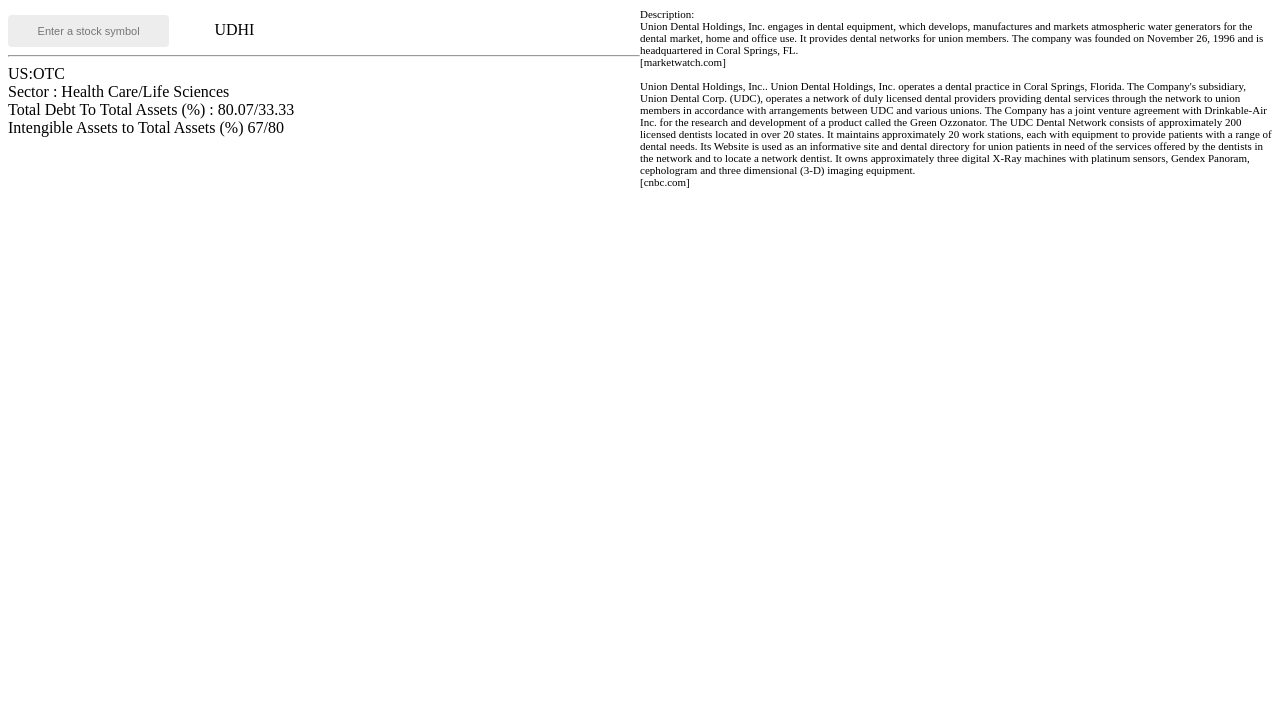
Repository: hadi4172/halal-stock-scanner
Page: popup.html
An editor plug-in stored every save of this project. The page is shown before and after the next save, followed by the edit.
The browser window is 1280 px wide. The pictures show the whole page.

Above is the page before, as saved 2020-09-24 18:23:27.

### popup.html
<!DOCTYPE html>
<html>

<head>
    <title>Halal Stock Scanner</title>
    <meta charset="UTF-8">
    <link rel="stylesheet" href="SimpleBar/simplebar.css" />
    <link rel="stylesheet" href="font-awesome/font-awesome.min.css">
    <link rel="stylesheet" type="text/css" href="popup.css">
    <script src="popup.js"></script>
    <script src="SimpleBar/simplebar.min.js"></script>
</head>

<body>
    <div id=left>
        <input id=input type=text maxlength=5 placeholder="Enter a stock symbol" />
        <i id=search-btn class="fa fa-search fa-lg"></i>
        <i id=settings-btn class="fa fa-cog fa-lg"></i>
        <span id=symbol>UDHI</span>
        <i id=icon-is-correct-or-no class="fa fa-times fa-2x"></i>
        <hr>
        <div id=market>US:OTC</div>
        <div id=sector>Sector : Health Care/Life Sciences</div>
        <div id=debt-to-assets>Total Debt To Total Assets (%) : 80.07/33.33</div>
        <div id=intengible-assets-to-total-assets>Intengible Assets to Total Assets (%) 67/80 </div>
    </div>

    <div id=right>
        <div id=description data-simplebar>
            Description: <br />
            Union Dental Holdings, Inc. engages in dental equipment, which develops, manufactures and markets atmospheric water generators for the dental market, home and office use. It provides dental networks for union members. The company was founded on November 26, 1996 and is headquartered in Coral Springs, FL.<br />
            [marketwatch.com]<br /><br />
            Union Dental Holdings, Inc.. Union Dental Holdings, Inc. operates a dental practice in Coral Springs, Florida. The Company's subsidiary, Union Dental Corp. (UDC), operates a network of duly licensed dental providers providing dental services through the network to union members in accordance with arrangements between UDC and various unions. The Company has a joint venture agreement with Drinkable-Air Inc. for the research and development of a product called the Green Ozzonator. The UDC Dental Network consists of approximately 200 licensed dentists located in over 20 states. It maintains approximately 20 work stations, each with equipment to provide patients with a range of dental needs. Its Website is used as an informative site and dental directory for union patients in need of the services offered by the dentists in the network and to locate a network dentist. It owns approximately three digital X-Ray machines with platinum sensors, Gendex Panoram, cephologram and three dimensional (3-D) imaging equipment.<br />
            [cnbc.com]
        </div>
    </div>
</body>

</html>

### SimpleBar/simplebar.css
[data-simplebar] {
  position: relative;
  flex-direction: column;
  flex-wrap: wrap;
  justify-content: flex-start;
  align-content: flex-start;
  align-items: flex-start;
}

.simplebar-wrapper {
  overflow: hidden;
  width: inherit;
  height: inherit;
  max-width: inherit;
  max-height: inherit;
}

.simplebar-mask {
  direction: inherit;
  position: absolute;
  overflow: hidden;
  padding: 0;
  margin: 0;
  left: 0;
  top: 0;
  bottom: 0;
  right: 0;
  width: auto !important;
  height: auto !important;
  z-index: 0;
}

.simplebar-offset {
  direction: inherit !important;
  box-sizing: inherit !important;
  resize: none !important;
  position: absolute;
  top: 0;
  left: 0;
  bottom: 0;
  right: 0;
  padding: 0;
  margin: 0;
  -webkit-overflow-scrolling: touch;
}

.simplebar-content-wrapper {
  direction: inherit;
  box-sizing: border-box !important;
  position: relative;
  display: block;
  height: 100%; /* Required for horizontal native scrollbar to not appear if parent is taller than natural height */
  width: auto;
  visibility: visible;
  max-width: 100%; /* Not required for horizontal scroll to trigger */
  max-height: 100%; /* Needed for vertical scroll to trigger */
  scrollbar-width: none;
  -ms-overflow-style: none;
}

.simplebar-content-wrapper::-webkit-scrollbar,
.simplebar-hide-scrollbar::-webkit-scrollbar {
  width: 0;
  height: 0;
}

.simplebar-content:before,
.simplebar-content:after {
  content: ' ';
  display: table;
}

.simplebar-placeholder {
  max-height: 100%;
  max-width: 100%;
  width: 100%;
  pointer-events: none;
}

.simplebar-height-auto-observer-wrapper {
  box-sizing: inherit !important;
  height: 100%;
  width: 100%;
  max-width: 1px;
  position: relative;
  float: left;
  max-height: 1px;
  overflow: hidden;
  z-index: -1;
  padding: 0;
  margin: 0;
  pointer-events: none;
  flex-grow: inherit;
  flex-shrink: 0;
  flex-basis: 0;
}

.simplebar-height-auto-observer {
  box-sizing: inherit;
  display: block;
  opacity: 0;
  position: absolute;
  top: 0;
  left: 0;
  height: 1000%;
  width: 1000%;
  min-height: 1px;
  min-width: 1px;
  overflow: hidden;
  pointer-events: none;
  z-index: -1;
}

.simplebar-track {
  z-index: 1;
  position: absolute;
  right: 0;
  bottom: 0;
  pointer-events: none;
  overflow: hidden;
}

[data-simplebar].simplebar-dragging .simplebar-content {
  pointer-events: none;
  user-select: none;
  -webkit-user-select: none;
}

[data-simplebar].simplebar-dragging .simplebar-track {
  pointer-events: all;
}

.simplebar-scrollbar {
  position: absolute;
  left: 0;
  right: 0;
  min-height: 10px;
}

.simplebar-scrollbar:before {
  position: absolute;
  content: '';
  background: black;
  border-radius: 7px;
  left: 2px;
  right: 2px;
  opacity: 0;
  transition: opacity 0.2s linear;
}

.simplebar-scrollbar.simplebar-visible:before {
  /* When hovered, remove all transitions from drag handle */
  opacity: 0.5;
  transition: opacity 0s linear;
}

.simplebar-track.simplebar-vertical {
  top: 0;
  width: 11px;
}

.simplebar-track.simplebar-vertical .simplebar-scrollbar:before {
  top: 2px;
  bottom: 2px;
}

.simplebar-track.simplebar-horizontal {
  left: 0;
  height: 11px;
}

.simplebar-track.simplebar-horizontal .simplebar-scrollbar:before {
  height: 100%;
  left: 2px;
  right: 2px;
}

.simplebar-track.simplebar-horizontal .simplebar-scrollbar {
  right: auto;
  left: 0;
  top: 2px;
  height: 7px;
  min-height: 0;
  min-width: 10px;
  width: auto;
}

/* Rtl support */
[data-simplebar-direction='rtl'] .simplebar-track.simplebar-vertical {
  right: auto;
  left: 0;
}

.hs-dummy-scrollbar-size {
  direction: rtl;
  position: fixed;
  opacity: 0;
  visibility: hidden;
  height: 500px;
  width: 500px;
  overflow-y: hidden;
  overflow-x: scroll;
}

.simplebar-hide-scrollbar {
  position: fixed;
  left: 0;
  visibility: hidden;
  overflow-y: scroll;
  scrollbar-width: none;
  -ms-overflow-style: none;
}

### popup.css
/* * {
    border: 1px black dotted;
} */

body{
    display:flex;
}

#right{
    width:50%
}

#left{
    width:50%
}

#description{
    height: 90vh;
}

#input{
    max-width: 60%;
    font-size: 11px;
    border: none;
    background: hsl(0 0% 93%);
    border-radius: .25rem;
    padding: .6rem;
}

::placeholder {
    text-align: center;
}

#description{
    font-size: 11px;
}

Loaded but not shown: font-awesome/font-awesome.min.css (library); SimpleBar/simplebar.min.js (library); popup.js (no copy from this time; the picture is the same without it)

After the next save:
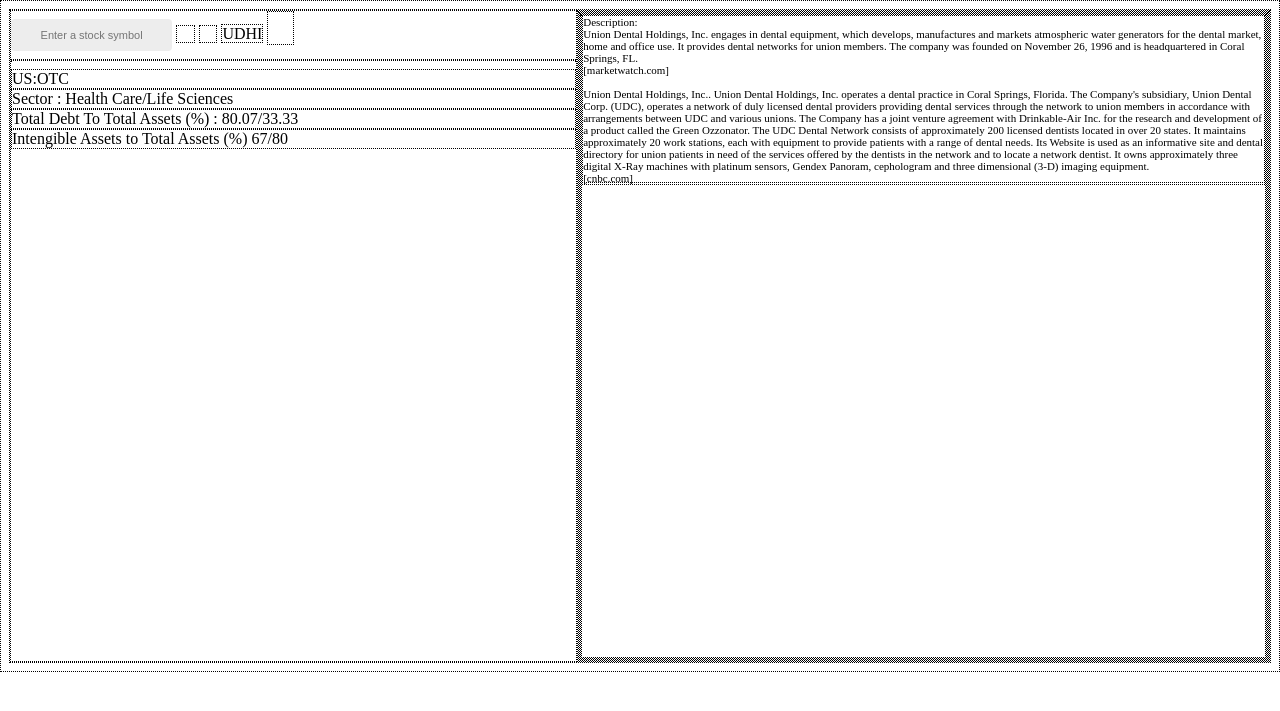
Saved 53 s later.
--- a/popup.css
+++ b/popup.css
@@ -1,17 +1,17 @@
-/* * {
+* {
     border: 1px black dotted;
-} */
+}
 
 body{
     display:flex;
 }
 
 #right{
-    width:50%
+    width:55%
 }
 
 #left{
-    width:50%
+    width:45%
 }
 
 #description{
